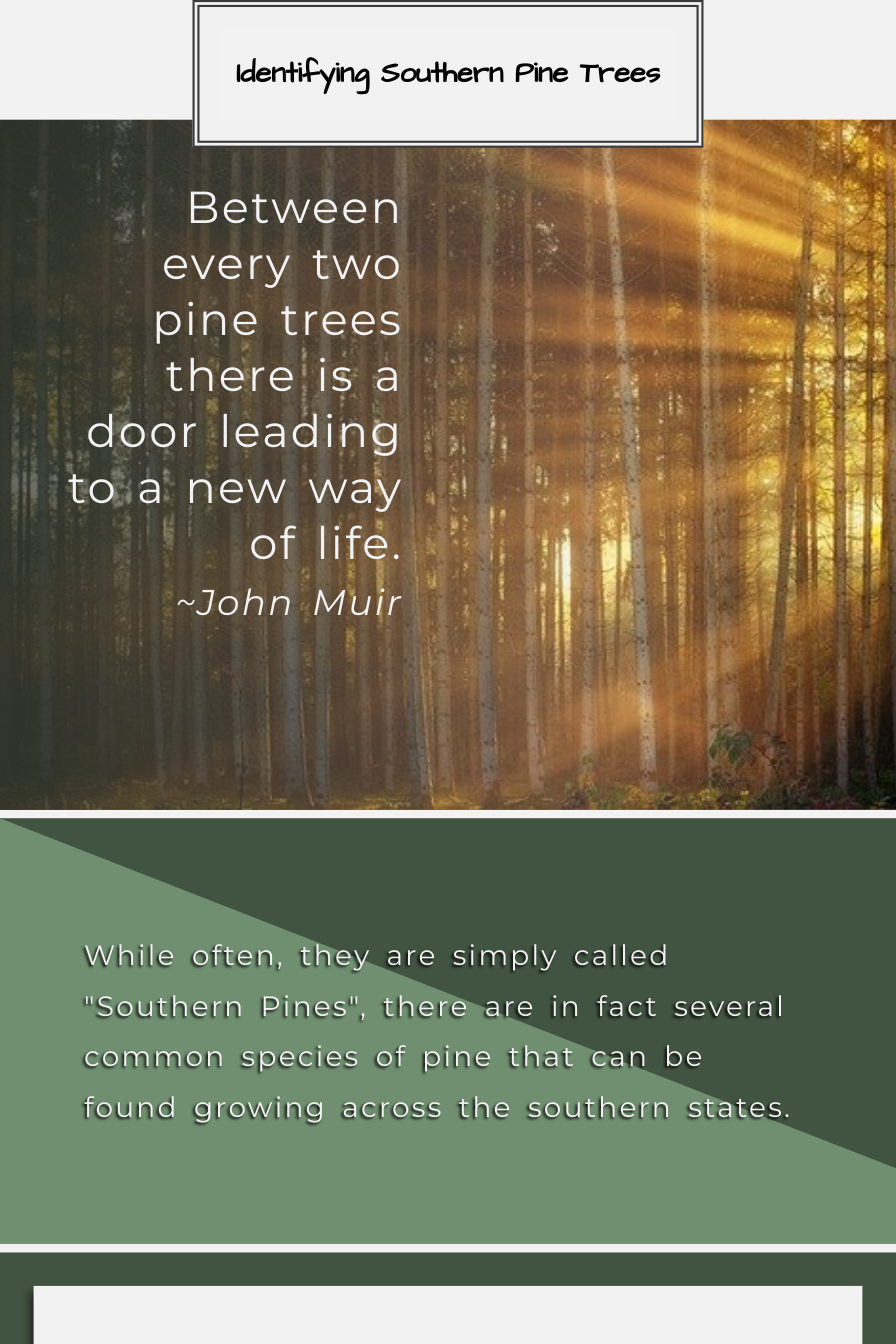
Repository: Sbethm/louisianaPineTrees
Page: pine_main.html
These files come from the project's save history. The page is drawn as it stood at one moment and after the next save; the edit follows.
The browser window is 1280 px wide. The pictures show the part of the page from y = 0 to 1920 px (the page is 2832 px tall), at 70% of full size.
The style sheet was rebuilt from its Sass, Less or Tailwind sources for each picture, by a compiler version that may differ from the author's.

Above is the page before, as saved 2021-09-24 11:52:07.

After the next save:
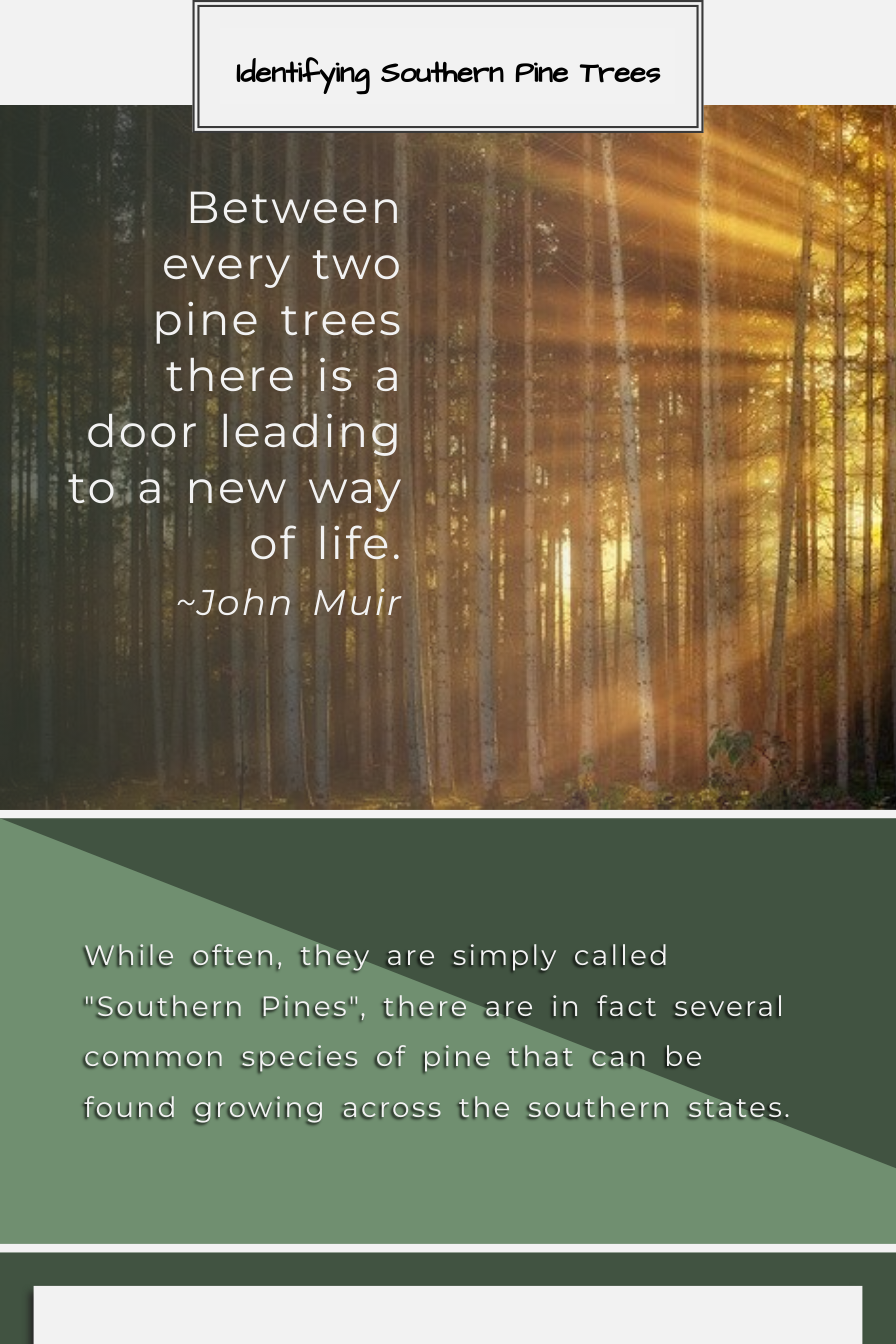
Saved 35 s later.
--- a/src/scss/main.scss
+++ b/src/scss/main.scss
@@ -21,7 +21,7 @@
 h1{
     position: relative;
     margin: 0 auto;
-    padding: 1em 1.5em;
+    padding: 0.5em 1.5em;
     padding-top: calc(1em + 40px);
     width: fit-content;
     font-family: $headerFont;

After the save that followed:
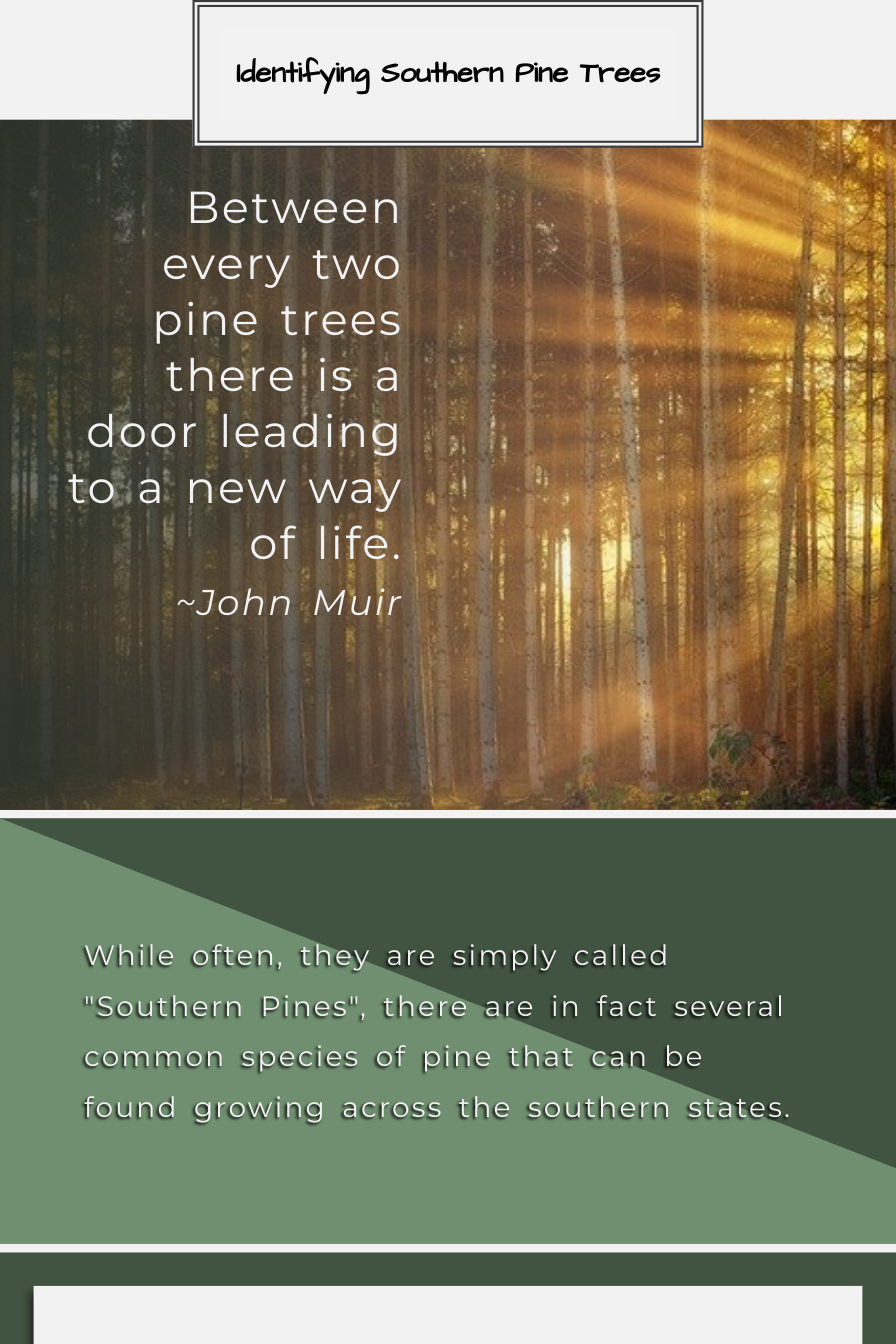
Saved 5 s later.
--- a/src/scss/main.scss
+++ b/src/scss/main.scss
@@ -21,7 +21,7 @@
 h1{
     position: relative;
     margin: 0 auto;
-    padding: 0.5em 1.5em;
+    padding: 1em 1.5em;
     padding-top: calc(1em + 40px);
     width: fit-content;
     font-family: $headerFont;
